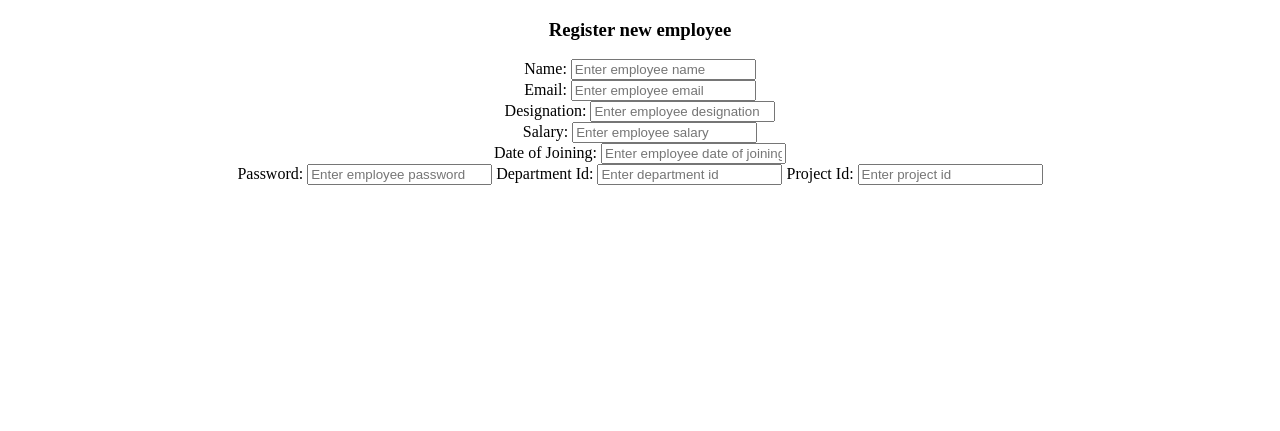
Repository: ArmanAli-cmd/EmployeeProjectDepartmentApplication
Page: http://localhost/EmployeeProjectDepartmentMVCApplication/views/employee-signup.jsp
These files come from the project's save history. The page is drawn as it stood at one moment and after the next save; the edit follows.
The browser window is 1280 px wide. The pictures show the whole page.
The page is served by Tomcat 9.

Above is the page before, as saved 2024-01-17 11:06:33.

After the next save:
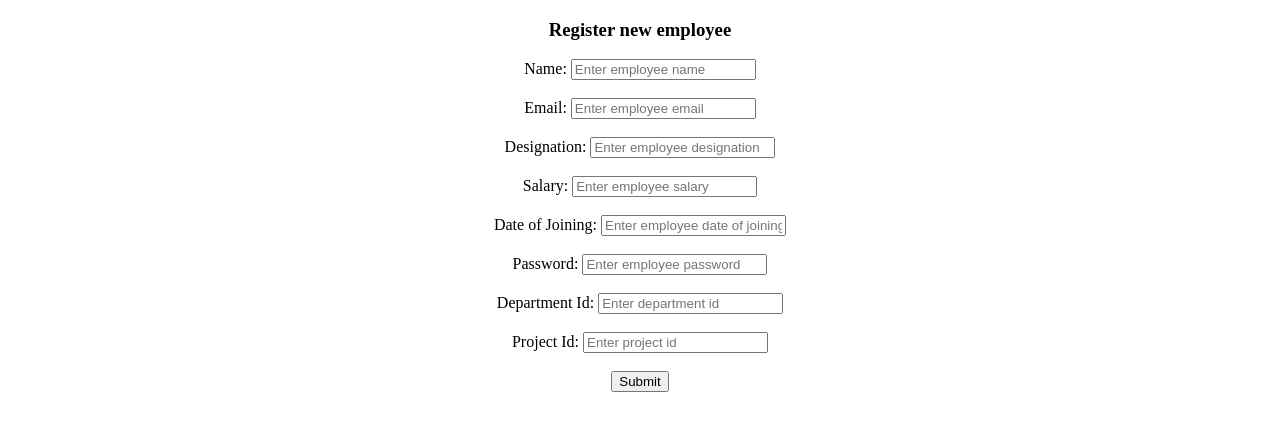
Saved 6 min 14 s later.
--- a/EmployeeProjectDepartmentMVCApplication/src/main/webapp/views/employee-signup.jsp
+++ b/EmployeeProjectDepartmentMVCApplication/src/main/webapp/views/employee-signup.jsp
@@ -9,14 +9,15 @@
 <body style="text-align: center;">
 <h3>Register new employee</h3>
 <form action="/employees/add" method="post">
-Name: <input type="text" name="name" placeholder="Enter employee name" required><br>
-Email: <input type="email" name="email" placeholder="Enter employee email" required><br>
-Designation: <input type="text" name="designation" placeholder="Enter employee designation" required><br>
-Salary: <input type="text" name="salary" placeholder="Enter employee salary" required="required"><br>
-Date of Joining: <input type="text" name="doj" placeholder="Enter employee date of joining" required><br>
-Password: <input type="password" name="password" placeholder="Enter employee password" required>
-Department Id: <input type="number" name="dId" placeholder="Enter department id" required>
-Project Id: <input type="number" name="pId" placeholder="Enter project id" required>
+Name: <input type="text" name="name" placeholder="Enter employee name" required><br><br>
+Email: <input type="email" name="email" placeholder="Enter employee email" required><br><br>
+Designation: <input type="text" name="designation" placeholder="Enter employee designation" required><br><br>
+Salary: <input type="text" name="salary" placeholder="Enter employee salary" required="required"><br><br>
+Date of Joining: <input type="text" name="doj" placeholder="Enter employee date of joining" required><br><br>
+Password: <input type="password" name="password" placeholder="Enter employee password" required><br><br>
+Department Id: <input type="number" name="dId" placeholder="Enter department id" required><br><br>
+Project Id: <input type="number" name="pId" placeholder="Enter project id" required><br><br>
+<input type="submit" name="Register">
 </form>
 
 </body>
